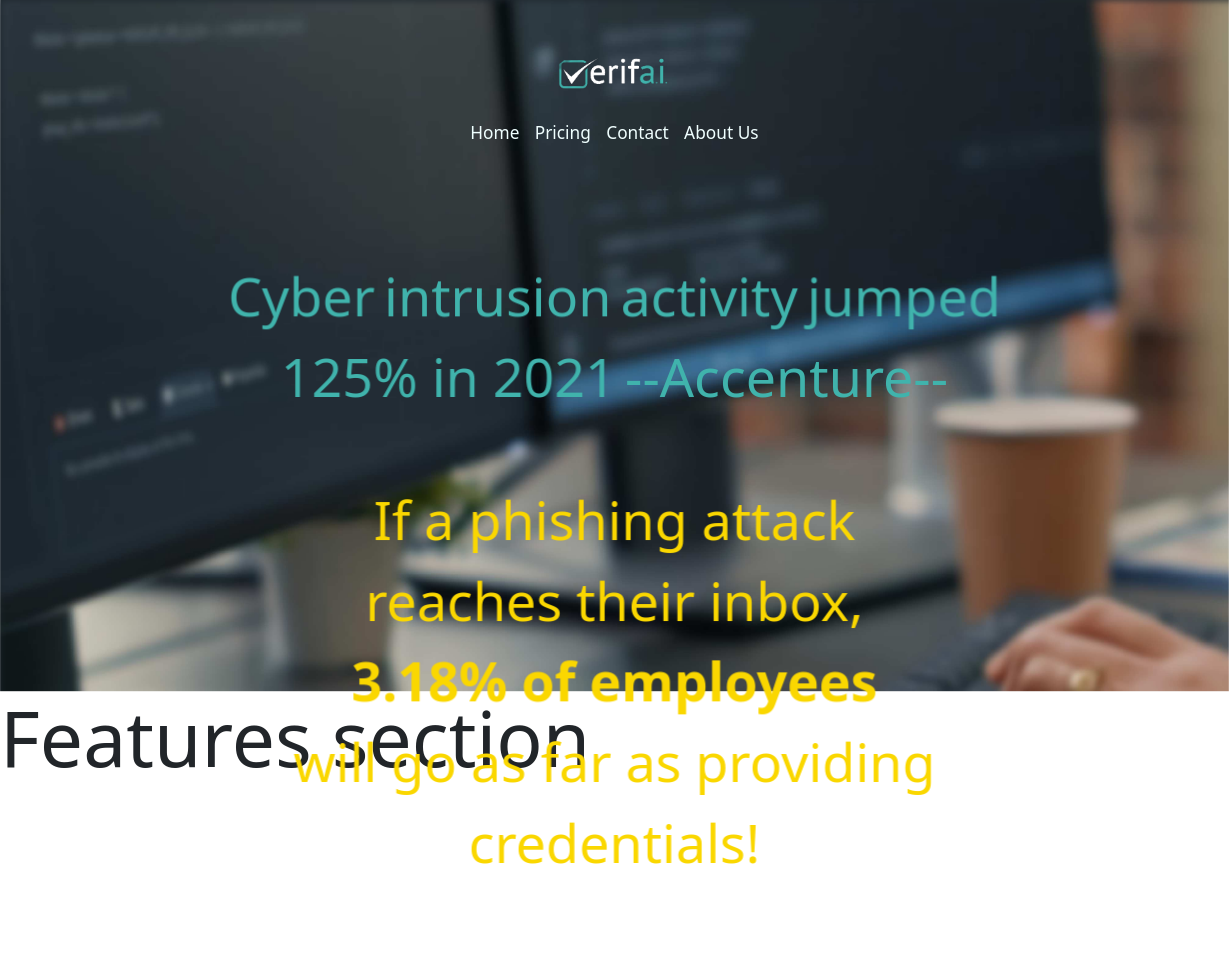
Repository: Ali-VB/verif-website
Page: /
These files come from the project's save history. The page is drawn as it stood at one moment and after the next save; the edit follows.
The browser window is 1280 px wide. The pictures show the whole page, at 96% of full size.
The project was rebuilt for these pictures with package versions that can differ from the ones it lists, and the page was loaded fresh each time.

Above is the page before, as saved 2022-04-19 09:35:22.

### src/index.css
 body {
  margin: 0;
  padding: 0;
  font-family: -apple-system, BlinkMacSystemFont, 'Segoe UI', 'Roboto', 'Oxygen',
    'Ubuntu', 'Cantarell', 'Fira Sans', 'Droid Sans', 'Helvetica Neue',
    sans-serif;
  -webkit-font-smoothing: antialiased;
  -moz-osx-font-smoothing: grayscale;
}

/* code {
  font-family: source-code-pro, Menlo, Monaco, Consolas, 'Courier New',
    monospace;
}  */

### src/App.js
import React from "react";
import './App.css'
import Navbar from './components/Navbar/Navbar';
import Features from './components/Features/Features'
import Header from './components/Header/Header'


function App() {
  return (
    <div>
      <div className="nav-bg">
        <Navbar />
        <Header />

      </div>
       <Features />
    </div>

  );
}

export default App;

### src/App.css

.nav-bg{
    background-image: url("./Assets/imgs/nav-bg.png");
    height: 100vh;
}

### src/components/Navbar/Navbar.jsx
import React from "react";
import "./Navbar.css";
import verifLogo from "../../Assets/imgs/logo_verif_white.png";
import Header from "../Header/Header";

function Navbar() {
  return (
    <div className="container">
      <div className=" navbar">
        <img className="verif-logo" src={verifLogo} alt="verif-logo" />
        <ul className="navLink">
          <li>Home</li>
          <li>Pricing</li>
          <li>Contact</li>
          <li>About Us</li>
        </ul>
      </div>
    </div>
  );
}

export default Navbar;

### src/components/Features/Features.jsx
import React from 'react'

export default function
h1() {
  return (
    <div>
        <h1 className='display-1'>Features section </h1>
    </div>
  )
}

### src/components/Header/Header.jsx
import React from "react";
import "./Header.css";

export default function Header() {
  return (
    <div className="header-animated">
      <div className="text-first">
        <span className="text-first-span">Cyber</span>
        <span className="text-first-span">intrusion</span>
        <span className="text-first-span">activity</span>
        <span className="text-first-span">jumped</span>
        <span className="text-first-span">125% in 2021</span>
        <span className="text-first-span">--Accenture--</span>
      </div>
      <div className="text-second">
        <span className="text-second-span">If a phishing attack reaches their inbox,</span>
        <span className="text-second-span">3.18% of employees</span>
        <span className="text-second-span">
          will go as far as providing credentials!
        </span>
      </div>
    </div>
  );
}

### src/components/Navbar/Navbar.css

.navbar{
    display: flex;
    flex-direction: column;
    justify-content: center;
    height:10rem;
}
.verif-logo{
    width: 8rem;
    margin-top: 3rem;
}
.verif-logo:hover{
    cursor: pointer;
}
.navLink{
    margin: 0;
    padding:0;
    list-style-type: none;
    display: flex;
    color: azure;
    font-size: 18px;
    gap: 1rem;

}
.navLink:hover{
    cursor: pointer;
}

### src/components/Header/Header.css
.header-animated{
    overflow-wrap:break-word;
    margin:0 auto;
    padding: 3rem 5rem;
}

.text-first {
    padding: 2rem 2rem;
    color: #40B3AC;
    font-size:3rem;
    width: 40%;
    margin: 0 auto;
    text-align: center;
    transform: scale(0.94);
    animation: scale 2s forwards cubic-bezier(0.5, 1, 0.89, 1);
  }
.text-second {
    padding: 2rem 2rem;
    color: #FAD700;
    font-size:3.5rem;
    width: 70%;
    margin: 0 auto;
    text-align: center;
    transform: scale(0.94);
    animation: scale 3s forwards cubic-bezier(0.5, 1, 0.89, 1);
  }
  @keyframes scale {
    100% {
      transform: scale(1);
    }
  }

  .text-first-span {
    display: inline-block;
    opacity: 0;
    filter: blur(4px);
  }

  .text-first-span:nth-child(1) {
    animation: fade-in 1s 0.1s forwards cubic-bezier(0.11, 0, 0.5, 0);
    margin: 0 0.3rem;
  }

  .text-first-span:nth-child(2) {
    animation: fade-in 1s 0.3s forwards cubic-bezier(0.11, 0, 0.5, 0);
    margin: 0 0.3rem;
  }

  .text-first-span:nth-child(3) {
    animation: fade-in 1s 0.5s forwards cubic-bezier(0.11, 0, 0.5, 0);
    margin: 0 0.3rem;
  }

  .text-first-span:nth-child(4) {
    animation: fade-in 1s 0.7s forwards cubic-bezier(0.11, 0, 0.5, 0);
    margin: 0 0.3rem;
  }

  .text-first-span:nth-child(5) {
    animation: fade-in 1s 0.9s forwards cubic-bezier(0.11, 0, 0.5, 0);
    margin: 0 0.3rem;
  }
  .text-first-span:nth-child(6) {
    animation: fade-in 1s 0.9s forwards cubic-bezier(0.11, 0, 0.5, 0);
    margin: 0 0.3rem;
  }

  .text-second-span {
    display: inline-block;
    opacity: 0;
    filter: blur(4px);
  }

  .text-second-span:nth-child(1) {
    animation: fade-in 1.2s 2.2s forwards cubic-bezier(0.11, 0, 0.5, 0);
    margin: 0 0.3rem;
  }

  .text-second-span:nth-child(2) {
    animation: fade-in 1.8s 2.6s forwards cubic-bezier(0.11, 0, 0.5, 0);
    margin: 0 0.3rem;
    font-weight: bolder;
  }

  .text-second-span:nth-child(3) {
    animation: fade-in 1.2s 3.6s forwards cubic-bezier(0.11, 0, 0.5, 0);
    margin: 0 0.3rem;
  }


  @keyframes fade-in {
    100% {
      opacity: 1;
      filter: blur(0);
    }
  }

  @media only screen and (min-width: 1200px) {
    .text-first {
        margin-top: 3.5rem;
        margin-bottom: 2rem;
        padding: 0.1rem 0.1rem;
        width: 90%;
        font-size:3.5rem;


      }
  }

  @media only screen and (max-width: 768px) {
    .text-first {
        margin-top: 4.5rem;
        margin-bottom: 3rem;
        padding: 0.1rem 0.1rem;
        width: 90%;
        font-size:1.5rem;


      }
    .text-second {
        padding: 0.1rem 0.1rem;
        width: 90%;
        font-size:2.1rem;

      }
  }

Loaded but not shown: public/index.html (common file); src/index.js (common file); src/reportWebVitals.js (common file)

After the next save:
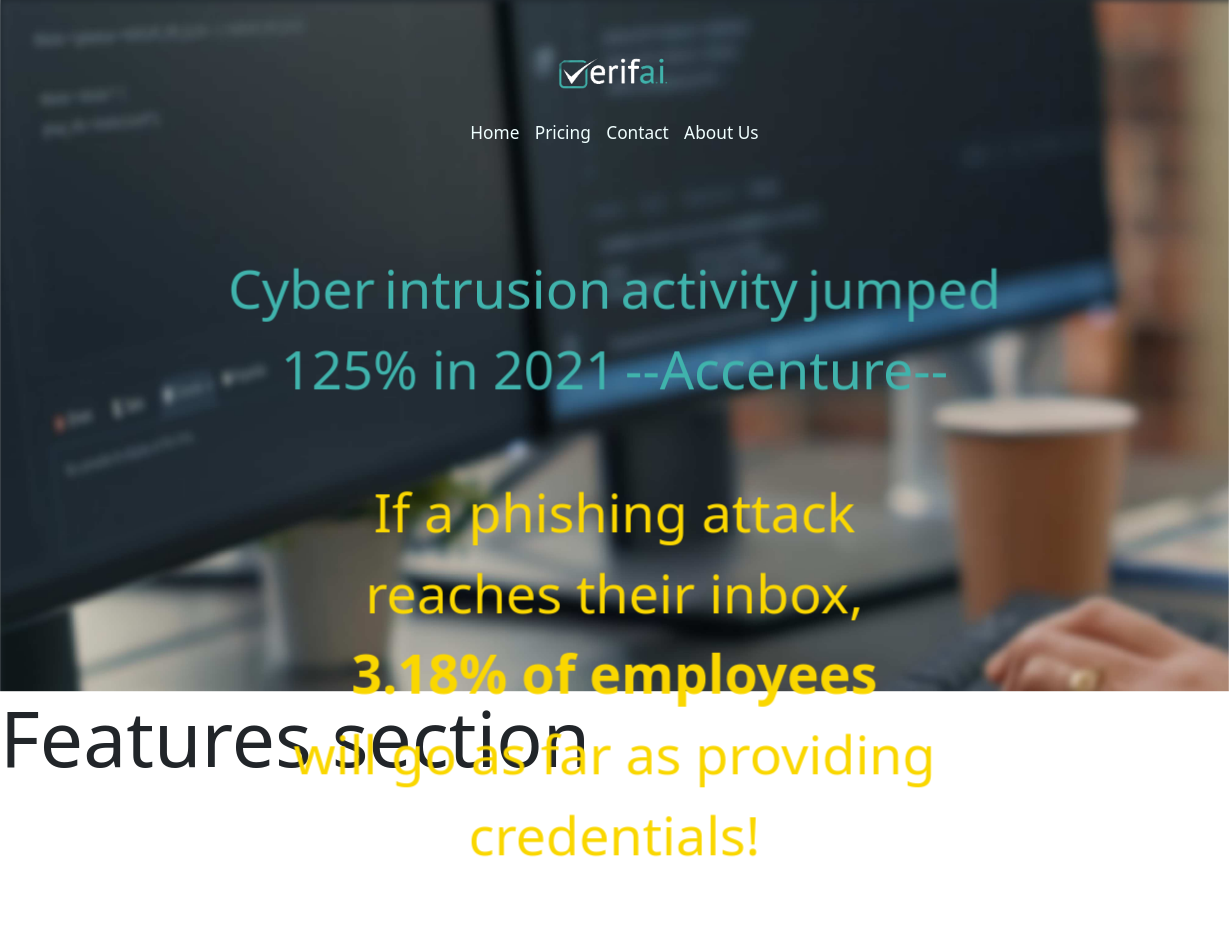
Saved 6 s later.
--- a/src/components/Header/Header.css
+++ b/src/components/Header/Header.css
@@ -97,7 +97,7 @@
 
   @media only screen and (min-width: 1200px) {
     .text-first {
-        margin-top: 3.5rem;
+        margin-top: 3rem;
         margin-bottom: 2rem;
         padding: 0.1rem 0.1rem;
         width: 90%;
